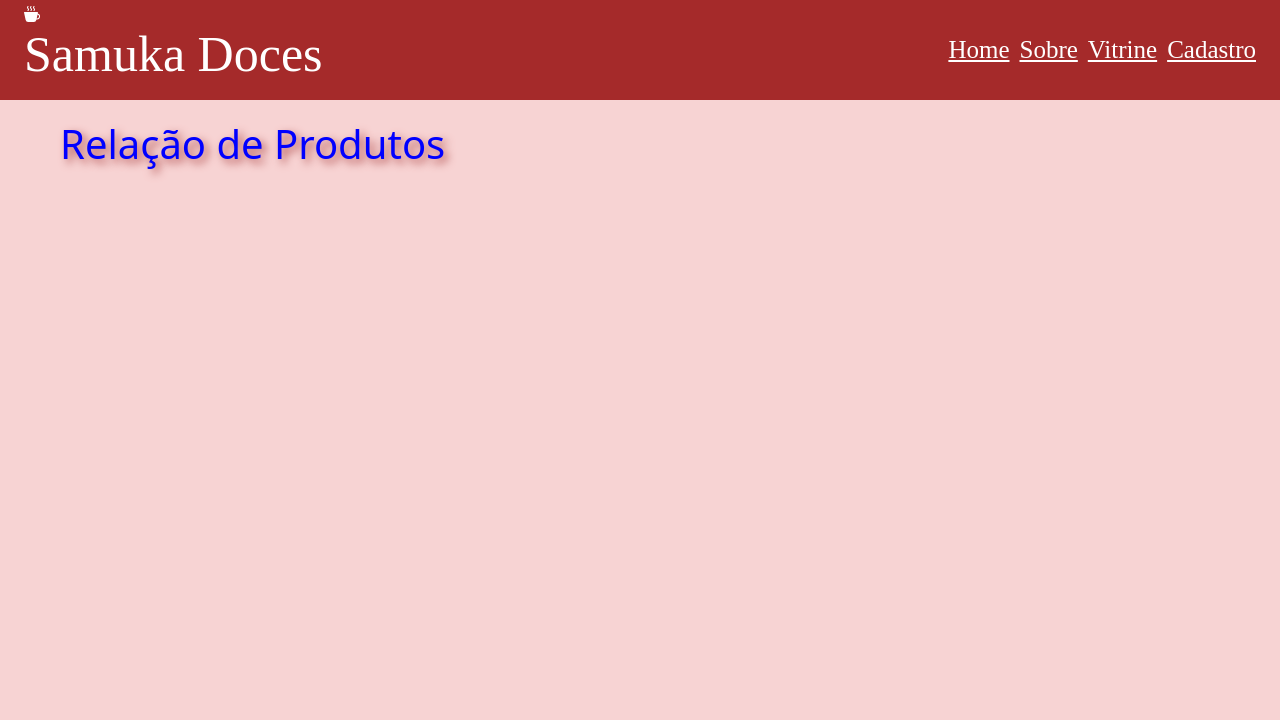
Repository: devsamuel23/github.io-doces_GIT
Page: /
The author's editor kept a copy of each file at every save. The page is drawn from the files as they stood at one save, then again after a run of saves.
The browser window is 1280 px wide. The pictures show the whole page.
The page's requests for data from a server got no answer. The project was rebuilt for these pictures with package versions that can differ from the ones it lists, and the page was loaded fresh each time. No one was signed in, and anything a server would have sent is missing. Also part of the build but not shown: src/index.css, src/pages/Sobre/index.js, src/pages/Cadastro/index.js, src/pages/Produto/index.js, src/pages/Vitrine/index.js, src/pages/Detalhes/style.css, src/pages/Detalhes/index.js.

Above is the page before, as saved 2023-04-12 22:28:26.

### public/index.html
<!DOCTYPE html>
<html lang="pt-br">
  <head>
    <meta charset="utf-8" />
    <link rel="icon" href="http://gg.gg/doceee" />
    <meta name="viewport" content="width=device-width, initial-scale=1" />


    <title>Samuka Doces</title>
  </head>
  <body>
    <noscript>You need to enable JavaScript to run this app.</noscript>
    <div id="root"></div>
  </body>
</html>

### src/index.js
import React from 'react';
import ReactDOM from 'react-dom/client';
import './index.css';
import App from './App';

const root = ReactDOM.createRoot(document.getElementById('root'));
root.render(

    <App />

);

### src/App.js
import RoutesApp from "./routes";


function App() {
  return (
          <RoutesApp />

  );
}

export default App;

### src/routes.js
import { BrowserRouter, Routes, Route } from "react-router-dom";

import Home from "./pages/Home";
import Sobre from "./pages/Sobre";
import Cadastro from "./pages/Cadastro";
import Erro from "./pages/Erro";
import Produto from "./pages/Produto";
import Vitrine from './pages/Vitrine'
import Detalhes from './pages/Detalhes'


import Header from "./components/Header";


function RoutesApp() {
  return (
    <BrowserRouter>

    <Header />




      <Routes>
        <Route>
          <Route path="/" element={<Home />} />
          <Route path="/Sobre" element={<Sobre />} />
          <Route path="/Vitrine" element={<Vitrine />} />
          <Route path="/Cadastro" element={<Cadastro />} />
          <Route path="/Produto/:id" element={<Produto />} />
          <Route path="/Detalhes" element={<Detalhes />} />

          <Route path="*" element={<Erro />} />
        </Route>
      </Routes>
    </BrowserRouter>
  );
}

export default RoutesApp;

### src/pages/Home/index.js
import React, { useEffect, useState } from "react";
import api from '../../services/api';
import './styles.css';


export default function Produtos() {



  const [produtos, setProdutos] = useState([]);
  useEffect(() => {
    api.get(`https://63069afec0d0f2b8011f9944.mockapi.io/produtos/`)
       .then((response) => {
         console.log(response);
         setProdutos(response.data.slice(78, 86))
      })
      .catch((err) => {
        console.error("ops! ocorreu um erro : " + err);
      });
  }, [ ]);
  return (
    <div className="produto-container">
       <h1>Relação de Produtos</h1>
        <ul>
           {produtos.map(produto => (
             <li key={produto.Id}>
                <b>Nome:</b>{produto.nome}<br/>
                <b>Descrição:</b>{produto.descricao}<br/>
                <b>Imagem:</b>{produto.imagem}<br/>
                <img srcSet={produto.imagem} />
                <b>Preço:</b>{produto.preco}<br/>
            </li>
         ))}
        </ul>
    </div>
  );
}

### src/components/Header/index.js
import { Link } from "react-router-dom";
import "./style.css";
import "bootstrap/dist/css/bootstrap.min.css";

function Header() {
  return (
    <header>
        <div className="logo">
      <svg
        xmlns="http://www.w3.org/2000/svg"
        width="16"
        height="16"
        fill="currentColor"
        className="bi bi-cup-hot-fill"
        viewBox="0 0 16 16"
      >
        <path
          fillRule="evenodd"
          d="M.5 6a.5.5 0 0 0-.488.608l1.652 7.434A2.5 2.5 0 0 0 4.104 16h5.792a2.5 2.5 0 0 0 2.44-1.958l.131-.59a3 3 0 0 0 1.3-5.854l.221-.99A.5.5 0 0 0 13.5 6H.5ZM13 12.5a2.01 2.01 0 0 1-.316-.025l.867-3.898A2.001 2.001 0 0 1 13 12.5Z"
        />
        <path d="m4.4.8-.003.004-.014.019a4.167 4.167 0 0 0-.204.31 2.327 2.327 0 0 0-.141.267c-.026.06-.034.092-.037.103v.004a.593.593 0 0 0 .091.248c.075.133.178.272.308.445l.01.012c.118.158.26.347.37.543.112.2.22.455.22.745 0 .188-.065.368-.119.494a3.31 3.31 0 0 1-.202.388 5.444 5.444 0 0 1-.253.382l-.018.025-.005.008-.002.002A.5.5 0 0 1 3.6 4.2l.003-.004.014-.019a4.149 4.149 0 0 0 .204-.31 2.06 2.06 0 0 0 .141-.267c.026-.06.034-.092.037-.103a.593.593 0 0 0-.09-.252A4.334 4.334 0 0 0 3.6 2.8l-.01-.012a5.099 5.099 0 0 1-.37-.543A1.53 1.53 0 0 1 3 1.5c0-.188.065-.368.119-.494.059-.138.134-.274.202-.388a5.446 5.446 0 0 1 .253-.382l.025-.035A.5.5 0 0 1 4.4.8Zm3 0-.003.004-.014.019a4.167 4.167 0 0 0-.204.31 2.327 2.327 0 0 0-.141.267c-.026.06-.034.092-.037.103v.004a.593.593 0 0 0 .091.248c.075.133.178.272.308.445l.01.012c.118.158.26.347.37.543.112.2.22.455.22.745 0 .188-.065.368-.119.494a3.31 3.31 0 0 1-.202.388 5.444 5.444 0 0 1-.253.382l-.018.025-.005.008-.002.002A.5.5 0 0 1 6.6 4.2l.003-.004.014-.019a4.149 4.149 0 0 0 .204-.31 2.06 2.06 0 0 0 .141-.267c.026-.06.034-.092.037-.103a.593.593 0 0 0-.09-.252A4.334 4.334 0 0 0 6.6 2.8l-.01-.012a5.099 5.099 0 0 1-.37-.543A1.53 1.53 0 0 1 6 1.5c0-.188.065-.368.119-.494.059-.138.134-.274.202-.388a5.446 5.446 0 0 1 .253-.382l.025-.035A.5.5 0 0 1 7.4.8Zm3 0-.003.004-.014.019a4.077 4.077 0 0 0-.204.31 2.337 2.337 0 0 0-.141.267c-.026.06-.034.092-.037.103v.004a.593.593 0 0 0 .091.248c.075.133.178.272.308.445l.01.012c.118.158.26.347.37.543.112.2.22.455.22.745 0 .188-.065.368-.119.494a3.198 3.198 0 0 1-.202.388 5.385 5.385 0 0 1-.252.382l-.019.025-.005.008-.002.002A.5.5 0 0 1 9.6 4.2l.003-.004.014-.019a4.149 4.149 0 0 0 .204-.31 2.06 2.06 0 0 0 .141-.267c.026-.06.034-.092.037-.103a.593.593 0 0 0-.09-.252A4.334 4.334 0 0 0 9.6 2.8l-.01-.012a5.099 5.099 0 0 1-.37-.543A1.53 1.53 0 0 1 9 1.5c0-.188.065-.368.119-.494.059-.138.134-.274.202-.388a5.446 5.446 0 0 1 .253-.382l.025-.035A.5.5 0 0 1 10.4.8Z" />
      </svg>
      <h2 className="Slogan">Samuka Doces</h2>
      </div>

      <div className="menu">
        <Link to="/">Home</Link>
        <Link to="/Sobre">Sobre</Link>
        <Link to="/Vitrine">Vitrine</Link>
        <Link to="/Cadastro">Cadastro</Link>

      </div>
    </header>
  );
}

export default Header;

### src/services/api.js
import axios from 'axios';

const api = axios.create({
    baseURL :'./lista.json'
});

export default api;

### src/pages/Home/styles.css
* {
    margin: 0;
    padding: 0;
    box-sizing: border-box;
}


.produto-container {
    width: 100%;
    max-width: 1200px;
    padding: 10 25px;
    margin: 20px auto;
    }
    .produto-container h1 {
    margin-top: 20px;
    margin-bottom: 24px;
    padding-left: 20px;
    color:blue;
    }

    .produto-container ul {
    display: grid;
    padding: 0 25px;
    grid-template-columns: repeat(2, 1fr);
    grid-gap: 35px;
    list-style: none;
    }

### src/pages/Cadastro/style.css
*{
    margin: 0;
    padding: 0;
    box-sizing: border-box;
}

.form-container {
    display: flex;
    justify-content: center;
}

.form-container {
    width: '25%';
}

### src/pages/Vitrine/style.css
* {
    margin: 0;
    padding: 0;
    box-sizing: border-box;
}

body {
    background-color: rgb(247, 211, 211);
}


.vit {
    color: brown;
    font-family: alex brush;
    font-size: 80px;
    width: auto;
    height: 100px;
    position: relative;
    display: flex;
    align-items: center;
    justify-content: space-between;
    justify-content: center;
    margin-left: auto;
    margin-right: auto;
}

h1 {
    text-shadow: rgb(175, 76, 76) 0.1em 0.1em 0.2em;
}

.item-vitrine {
    position: relative;
    justify-content: space-between;
    align-items: center;
}

.row {
    margin-top: 35px;
    margin-left: auto;
    display: flex;
    justify-content: center;
    align-items: center;
}


p {
    color: brown;
    font-family: "Bodoni MT";
    font-size: 20px;
    width: 900px;
    word-wrap: break-word;
}

.produto {
    box-shadow: 7px 7px 13px 10px rgba(20, 30, 40, 0.22);
}

.image,
.produto,
.vitrine {
    display: inline;
    justify-content: space-between;
    width: 333.34px;
    height: 300px;
    border-radius: 100%;
    margin-left: 70px;
    cursor: pointer;
    margin-inline-start: auto;
}





li {
    float: left;
    border-right: 1px solid #bbb;
}

li:last-child {
    border-right: none;
}

li a {
    display: block;
    color: white;
    text-align: center;
    padding: 14px 16px;
    text-decoration: none;
}

li a:hover:not(.active) {
    background-color: #111;
}

.active {
    background-color: rgb(165, 42, 42);
}

.container-vitrine {
    margin-top: 1px;
    margin-left: 60px;
    display: grid;
    grid-template-columns: repeat(4, 2fr);
    grid-auto-rows: 370px;
    justify-content: space-between;
}

.item-vitrine {
    position: relative;
    justify-content: space-between;
    align-items: center;
}

.item-vitrine .container-vitrine {
    justify-content: space-between;
    align-items: center;
    width: 100%;
    height: 100%;
    object-fit: cover;
    padding: 30px;
    margin: 20px;
}

.row {
    margin-top: 35px;
    margin-left: auto;
    display: flex;
    justify-content: center;
    align-items: center;
}

.card {
    border-radius: 5px;
    box-shadow: 7px 7px 13px 0px rgb(170, 52, 52);
    padding: 30px;
    margin: 20px;
    width: 400px;
    transition: all 0.3s ease-out;
    justify-content: space-around;
}

.image {
    width: 200px;
    height: 120px;
}


div.body-content {
    padding-bottom: 100px;
}






.promo {
    align-items: center;
    font-family: alex brush;
    display: inline-block;
    margin-left: auto;
    margin-top: 5px;
    color: rgb(165, 42, 42);
}

.tarja {
    display: inline;
    width: 100%;
    height: 100%;
}

div .produto {
    background: linear-gradient(0deg, rgb(165, 42, 42), transparent);
    position: absolute;
    width: 300px;
    height: auto;
    bottom: 0;
    transition: .5s;
    padding: 20px;
    text-align: center;
    z-index: 1;
}

form {
    margin-top: 35px;
    margin-left: auto;
    display: flex;
    justify-content: center;
    align-items: center;

}

.container-row {
    margin-top: 35px;
    margin-left: auto;
    display: flex;
    justify-content: center;
    align-items: center;
    background-color: rgb(247,211,211);
}

.container-row {
    border-radius: 5px;
    box-shadow: 7px 7px 13px 0px rgb(170, 52, 52);
    padding: 30px;
    margin: 20px;
    width: 400px;
    transition: all 0.3s ease-out;
    justify-content: space-around;

}

.container-row {
    cursor: pointer;
    width: 300px;
}

.card {
    border-radius: 5px;
    box-shadow: 7px 7px 13px 0px rgb(170 52 52);
    padding: 30px;
    margin: 20px;
    width: 400px;
    transition: all 0.3s ease-out;
    justify-content: space-around;

}

### src/components/Header/style.css
* {
  margin: 0;
  padding: 0;
  box-sizing: border-box;
}

div .logo{
  margin-right: 40% ;
  width: 100%;
  height: 100px;
}
.Slogan{
    font-family: alex brush;
    font-size: 50px;
    width: auto;
    height: 100%;
    color: #FFF;
}
header{
  width: 100%;
  height: auto;
  background-color: #A52A2A;
  color: #FFF;

  display: flex;
  align-items: center;
  justify-content: space-between;
  padding: 0 24px;
}

header a{
  color: #FFF;
  font-size: 25px;
  font-family: alex brush;
}

header a + a{
  margin-left: 10px;
}

### src/pages/Erro/index.js
import { Link } from 'react-router-dom'
import "./style.css"

function Erro (){
    return(
        <div className="not-found">
            <h1>404</h1> <br />
            <h2>Pagina não encontrada!</h2>

            <br></br>
            <span>Encontramos essas páginas aqui:</span> <br />
            <Link to="/">Home</Link><br />
            <Link to="/Sobre">Sobre</Link><br />
            <Link to="/Contato">Contato</Link><br />
        </div>

    )
}
export default Erro;

### src/pages/Erro/style.css
.not-found{
    width: 100;
    height: 100vh;
    display: flex;
    justify-content: center;
    align-items: center;
    flex-direction: column;
    color: #A52A2A
}

.not-found h1{
    font-size: 120px;
    color: #A52A2A;
}

.not-found a {
    text-decoration: none;
    background-color: #A52A2A;
    color: #fff;
    padding: 10px;
    margin: 14px;
}

After the next 3 saves:
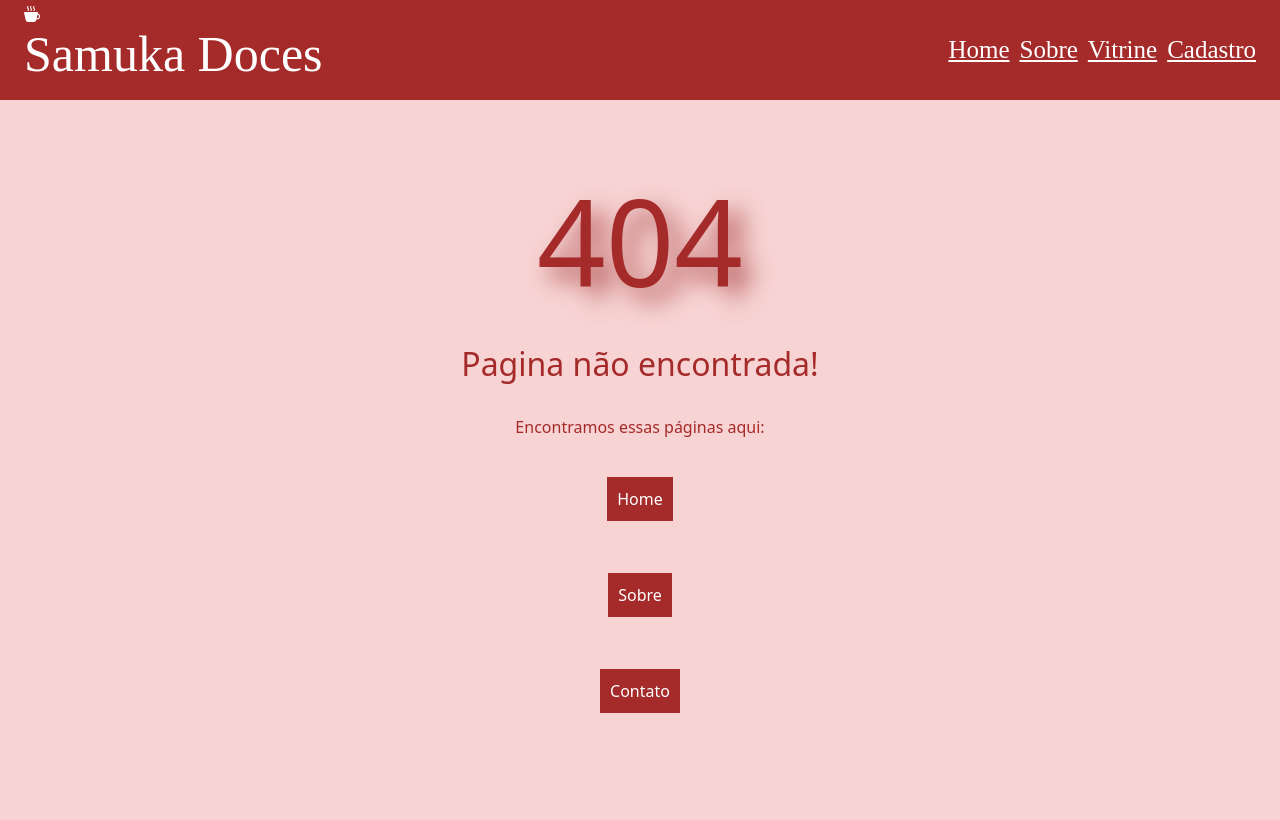
The 3 saves are shown as one change because they came seconds apart.
The last was saved 56 s later.
--- a/src/routes.js
+++ b/src/routes.js
@@ -23,7 +23,7 @@
 
       <Routes>
         <Route>
-          <Route path="/" element={<Home />} />
+          {/* <Route path="/" element={<Home />} /> */}
           <Route path="/Sobre" element={<Sobre />} />
           <Route path="/Vitrine" element={<Vitrine />} />
           <Route path="/Cadastro" element={<Cadastro />} />
